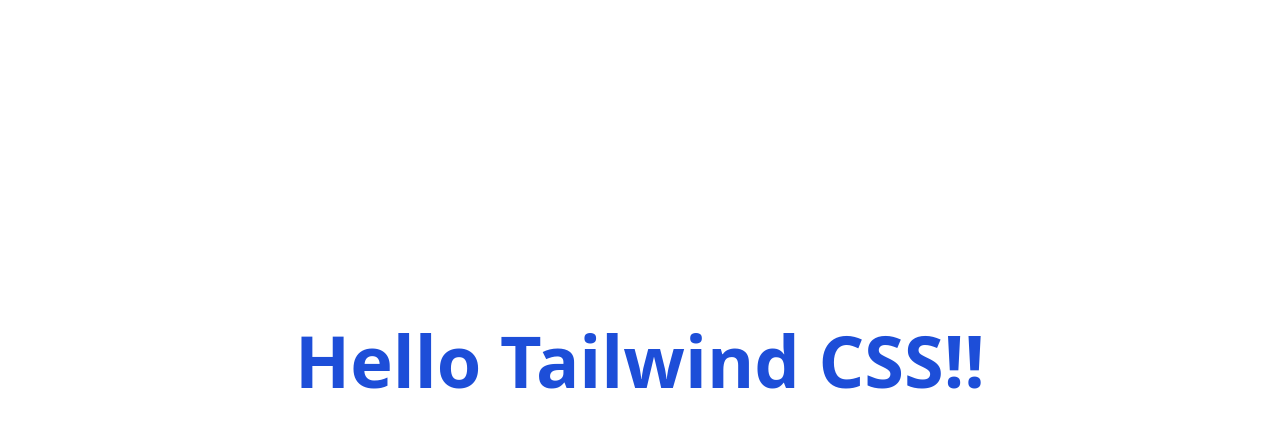
Repository: rayray1/react-tailwind-starter-template
Page: /
These files come from the project's save history. The page is drawn as it stood at one moment and after a run of saves; the edit follows.
The browser window is 1280 px wide. The pictures show the whole page.
The project was rebuilt for these pictures with package versions that can differ from the ones it lists, and the page was loaded fresh each time.

Above is the page before, as saved 2023-06-23 06:52:13.

After the next 2 saves:
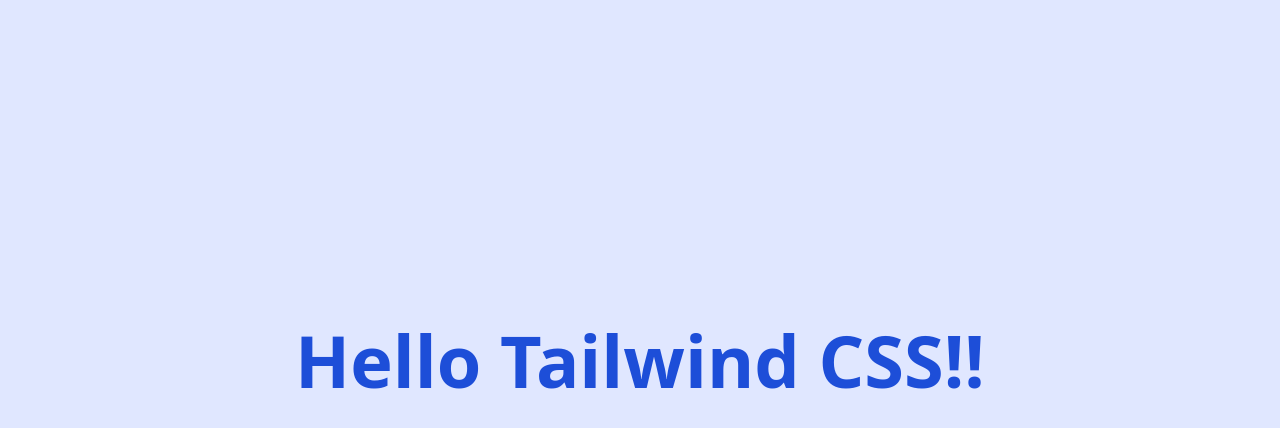
The 2 saves are shown as one change because they came seconds apart.
The last was saved 9 s later.
--- a/src/App.js
+++ b/src/App.js
@@ -1,7 +1,7 @@
 function App() {
   return (
     <div className="App">
-      <div className="w-full h-screen bg flex justify-center items-center">
+      <div className="w-full h-screen bg-indigo-100 flex justify-center items-center">
         <h1 className="font-bold text-7xl text-blue-700">Hello Tailwind CSS!!</h1>
       </div>
     </div>
